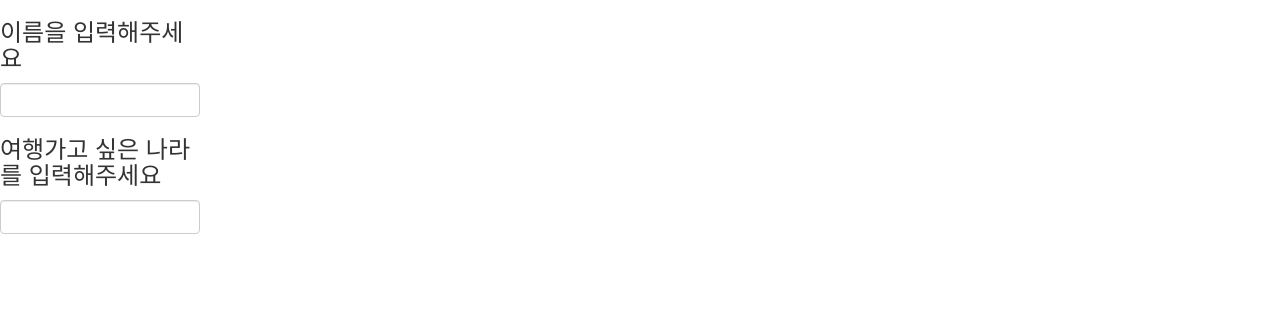
Repository: jungbee2/jungproject
Page: http://localhost/JstlProject/day0330/ex4_choose.jsp
An editor plug-in stored every save of this project. The page is shown before and after the next save, followed by the edit.
The browser window is 1280 px wide. The pictures show the whole page.
Some web fonts or font styles are not loaded; a fallback is used. The page is served by Tomcat 9.

Above is the page before, as saved 2023-03-30 02:08:42.

After the next save:
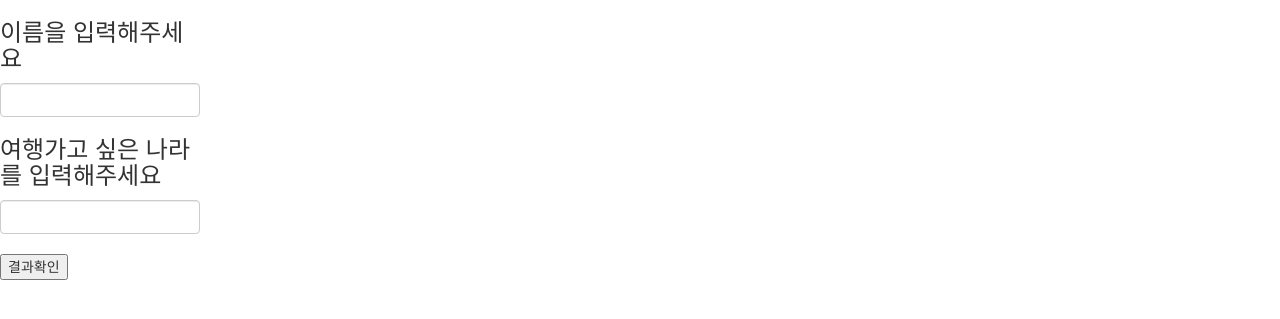
Saved 9 s later.
--- a/JstlProject/src/main/webapp/day0330/ex4_choose.jsp
+++ b/JstlProject/src/main/webapp/day0330/ex4_choose.jsp
@@ -24,6 +24,8 @@
 <input type="text" name="irum" class="form-control">
 <h3>여행가고 싶은 나라를 입력해주세요</h3>
 <input type="text" name="nara" class="form-control">
+<br>
+<button>결과확인</button>
 </form>
 </body>
 </html>
